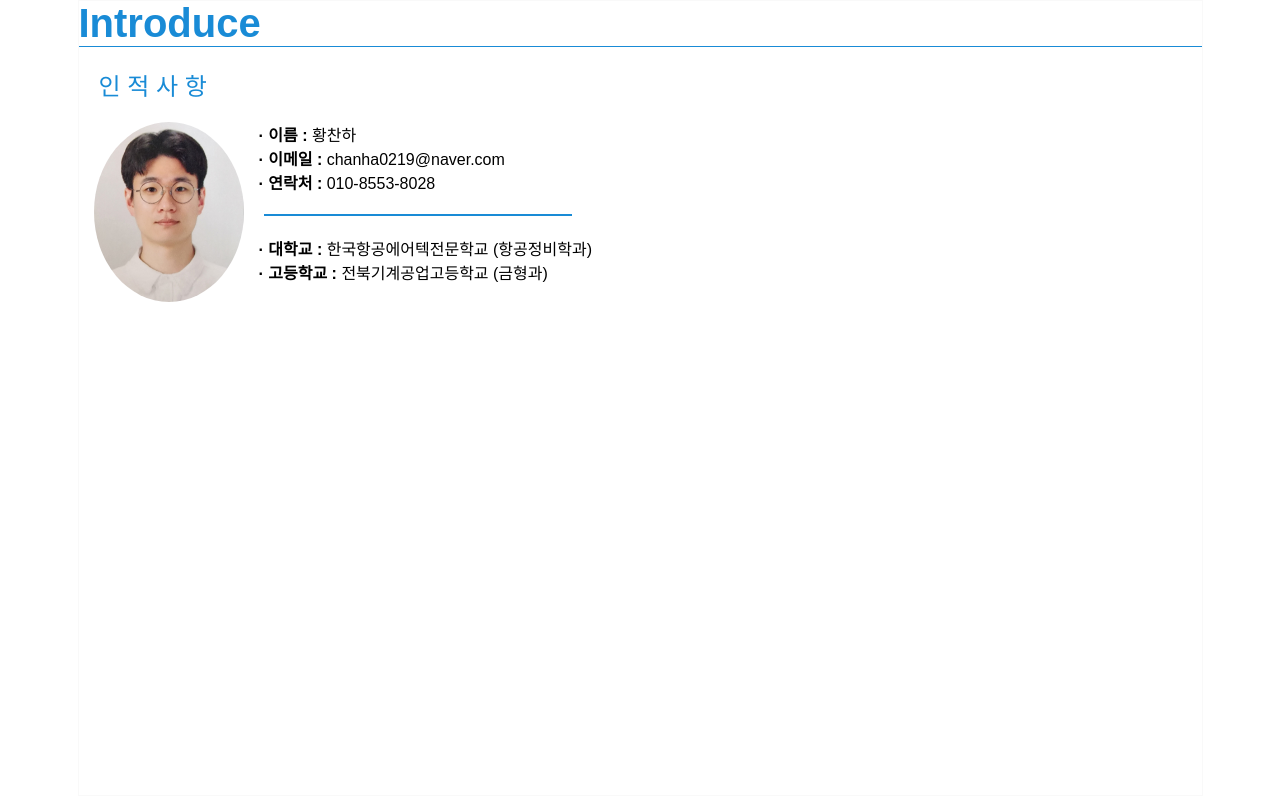
Repository: DooBae-KR/MySelf
Page: /
An editor plug-in stored every save of this project. The page is shown before and after the next save, followed by the edit.
The browser window is 1280 px wide. The pictures show the whole page.
The project was rebuilt for these pictures with package versions that can differ from the ones it lists, and the page was loaded fresh each time. Also part of the build but not shown: src/pages/MainPage.js, src/pages/header/HeaderLogo.js, src/pages/header/TabMenu.js, src/pages/HeaderPage.js.

Above is the page before, as saved 2025-07-23 21:25:17.

After the next save:
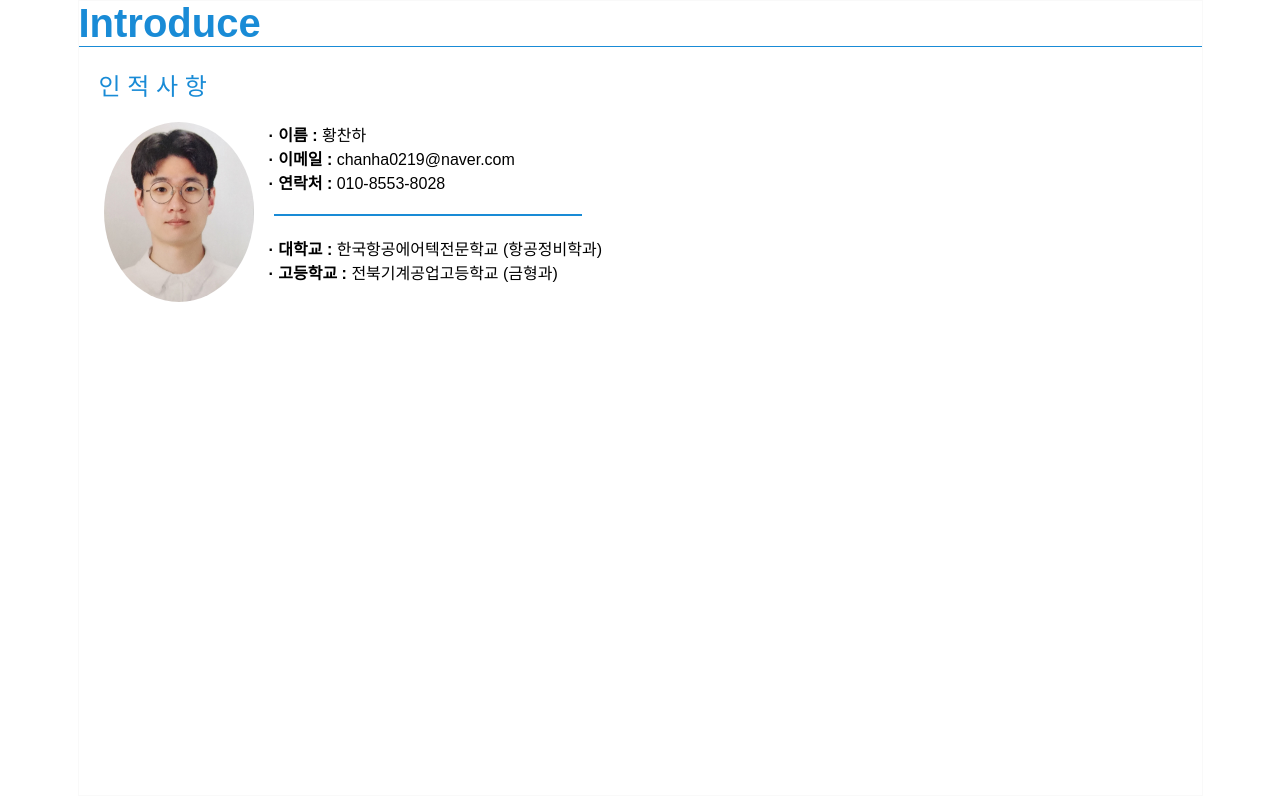
Saved 4 s later.
--- a/src/styles/header.css
+++ b/src/styles/header.css
@@ -78,11 +78,9 @@
         margin: 20px;
         border: 0.5px solid rgb(25, 139, 214);;
     }
-    .myImgBox{
-        margin: 25px;
-    }
+
     .myimg{
-        margin-left: 15px;
+        margin-left: 25px;
           width: 150px;
             height: 180px;
             border-radius: 50%;
